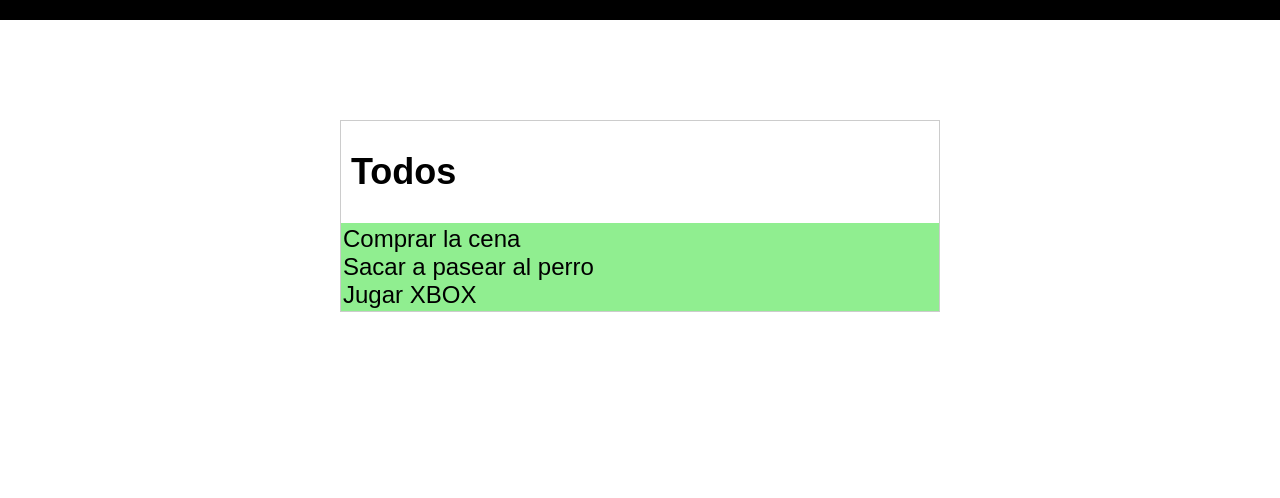
Repository: MauriVaz/Primer-app-con-Vue
Page: /
These files come from the project's save history. The page is drawn as it stood at one moment and after the next save; the edit follows.
The browser window is 1280 px wide. The pictures show the whole page.
The project was rebuilt for these pictures with package versions that can differ from the ones it lists, and the page was loaded fresh each time. Also part of the build but not shown: vue.config.js.

Above is the page before, as saved 2022-12-13 03:37:03.

### public/index.html
<!DOCTYPE html>
<html lang="">
  <head>
    <meta charset="utf-8">
    <meta http-equiv="X-UA-Compatible" content="IE=edge">
    <meta name="viewport" content="width=device-width,initial-scale=1.0">
    <link rel="icon" href="<%= BASE_URL %>favicon.ico">
    <title><%= htmlWebpackPlugin.options.title %></title>
  </head>
  <body>
    <noscript>
      <strong>Por favor activa Javascript</strong>
    </noscript>
    <div id="app"></div>
    <!-- built files will be auto injected -->
  </body>
</html>

### src/App.vue
<template>
  <div id="header"></div>
  <div id="main-container">
    <h2>Todos</h2>
    <Todos v-bind:todoslist="copyTodos" />
  </div>
</template>

<script>
// import HelloWorld from './components/HelloWorld.vue'
// import Search from './components/Search.vue';
// import TodoAdd from "./components/TodoAdd.vue"
import Todos from './components/Todos';

export default {
  name: 'App',
  components: {
    Todos
  },
  data(){
    return{
      todos:[
        {
          id:0,
          title:"Comprar la cena",
          completed:false
        },{
          id:1,
          title:"Sacar a pasear al perro",
          completed:true
        },{
          id:2,
          title:"Jugar XBOX",
          completed:false
        }
      ],
      copyTodos:[]
    }
  },
  created(){
    this.copyTodos=[...this.todos]
  }
}
</script>

<style>
*{
  box-sizing: border-box;
}

body{
  font-family: Arial, Helvetica, sans-serif;
  font-size: 1.5em;
  padding: 0;
  margin: 0;
 }
 #main-container{
   border: solid 1px #ccc;
   width: 600px;
   margin: 100px auto;
  }
  #header{
  background:black;
  padding: 10px;
}
h2{
   padding: 0 10px;
 }

</style>

### src/components/Todos.vue
<template>
    <div class="container">
        <div v-bind:key="todo.id" v-for="todo in todoslist">
            <div>{{todo.title}}</div>
        </div>
    </div>
</template>

<script>
export default{
    // eslint-disable-next-line vue/multi-word-component-names
    name:'Todos',
    props:['todoslist']
}
</script>

<style>
.container{
    background-color: lightgreen;
    padding: 2px;
}
</style>

Loaded but not shown: src/main.js (common file)

After the next save:
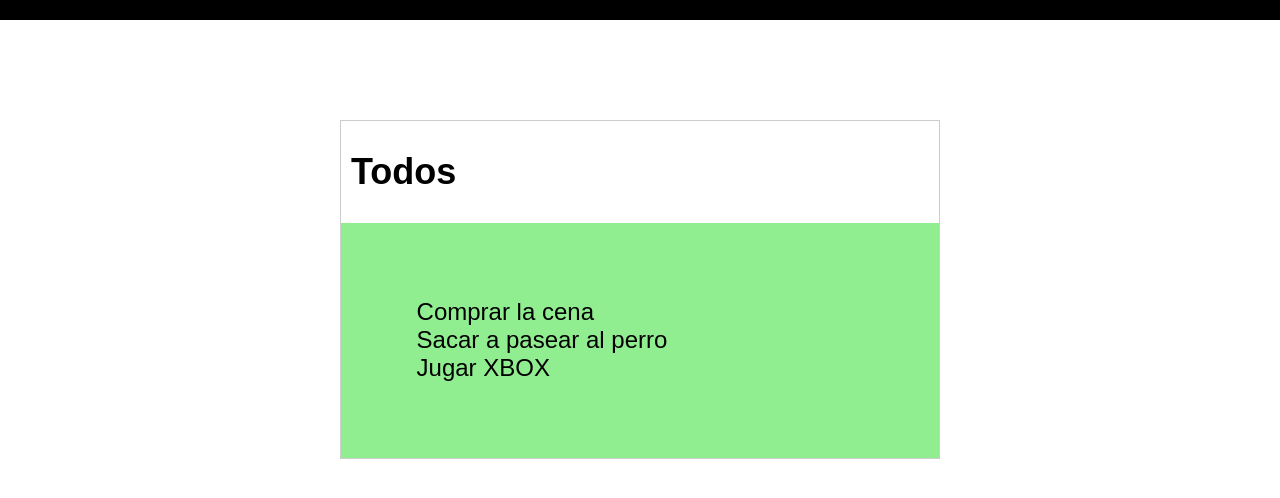
Saved 13 s later.
--- a/src/components/Todos.vue
+++ b/src/components/Todos.vue
@@ -17,6 +17,6 @@ export default{
 <style>
 .container{
     background-color: lightgreen;
-    padding: 2px;
+    padding:2cm;
 }
 </style>
